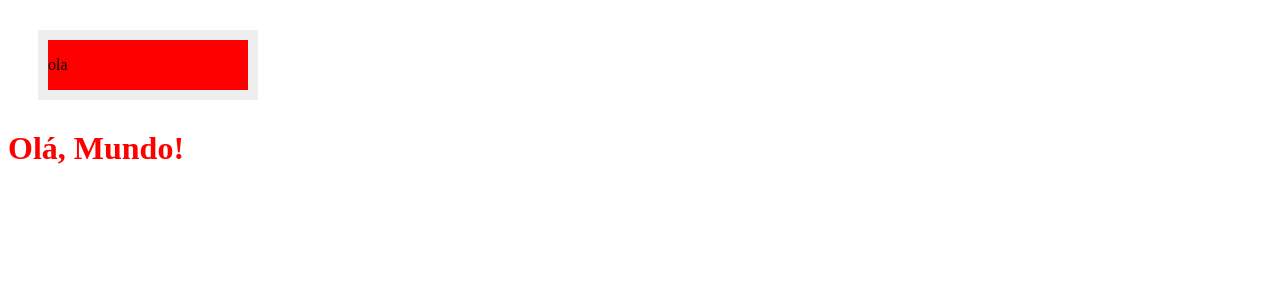
Repository: Leandromarim/Curso_Origamid
Page: index.html
The author's editor kept a copy of each file at every save. The page is drawn from the files as they stood at one save, then again after the next save.
The browser window is 1280 px wide. The pictures show the whole page.

Above is the page before, as saved 2023-07-17 23:12:53.

After the next save:
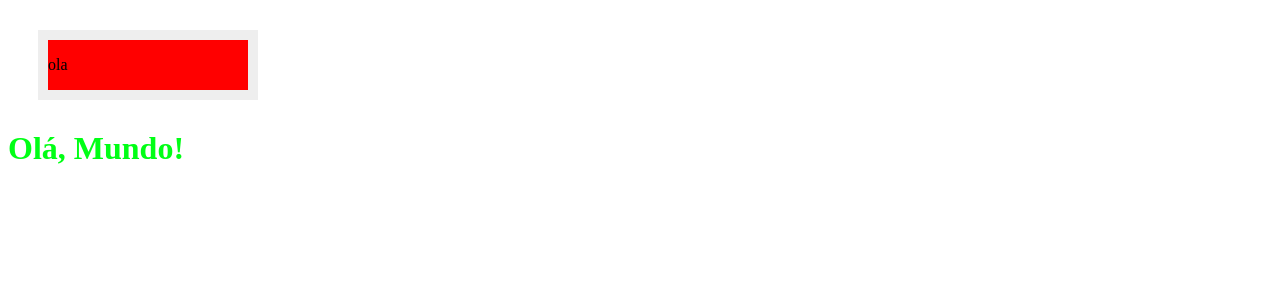
Saved 3 min 34 s later.
--- a/css/stylesheet.css
+++ b/css/stylesheet.css
@@ -6,5 +6,5 @@
 }
 
 body h1.titulo {
-    color: red;
+    color: rgb(0, 255, 21);
 }
